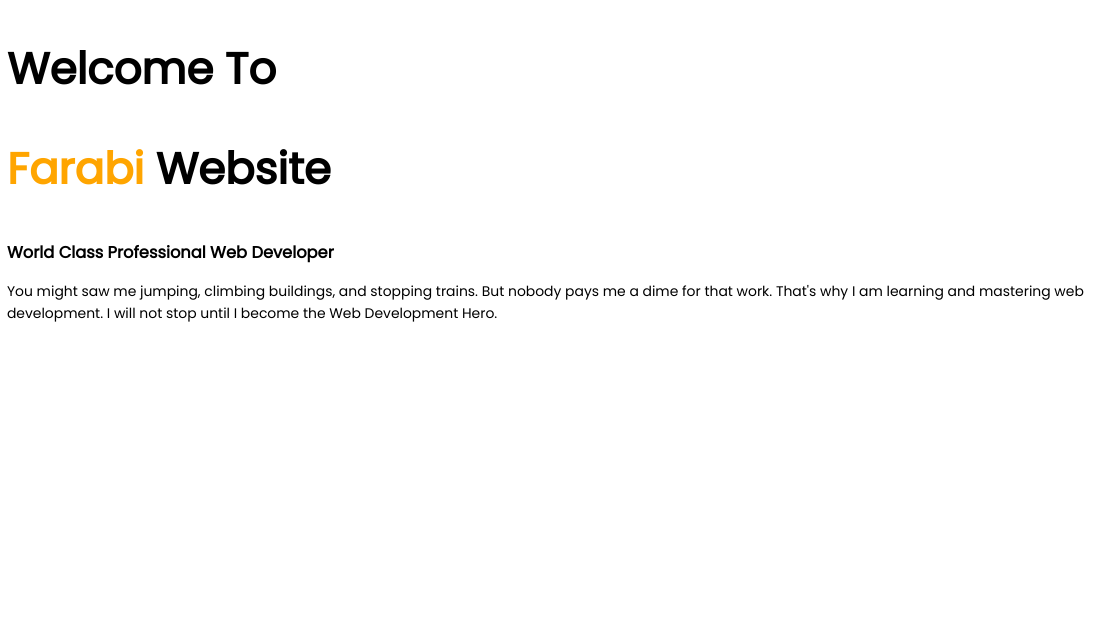
Repository: mohsinfarabi/web-portfolio
Page: index.html
An editor plug-in stored every save of this project. The page is shown before and after the next save, followed by the edit.
The browser window is 1280 px wide. The pictures show the whole page, at 87% of full size.

Above is the page before, as saved 2020-06-30 22:36:46.

### index.html
<!DOCTYPE html>
<html lang="en">

<head>
    <meta charset="UTF-8">
    <meta name="viewport" content="width=device-width, initial-scale=1.0">
    <link href="https://fonts.googleapis.com/css2?family=Poppins" rel="stylesheet">
    <title>Farabi Web Developer</title>
    <link rel="stylesheet" href="style.css">
</head>

<body>
    <section>
        <h1>Welcome To</h1>
        <h1><span class="name-highlight">Farabi</span> Website</h1>
        <h3>World Class Professional Web Developer</h3>
        <p>You might saw me jumping, climbing buildings, and stopping trains. But nobody pays me a dime for that work. That's why I am learning and mastering web development. I will not stop until I become the Web Development Hero.</p>
    </section>
</body>

</html>

### style.css
body {
    font-family: 'Poppins', sans-serif;
}

h1 {
    font-size: 50px;
}

.name-highlight {
    color: orange;
}

After the next save:
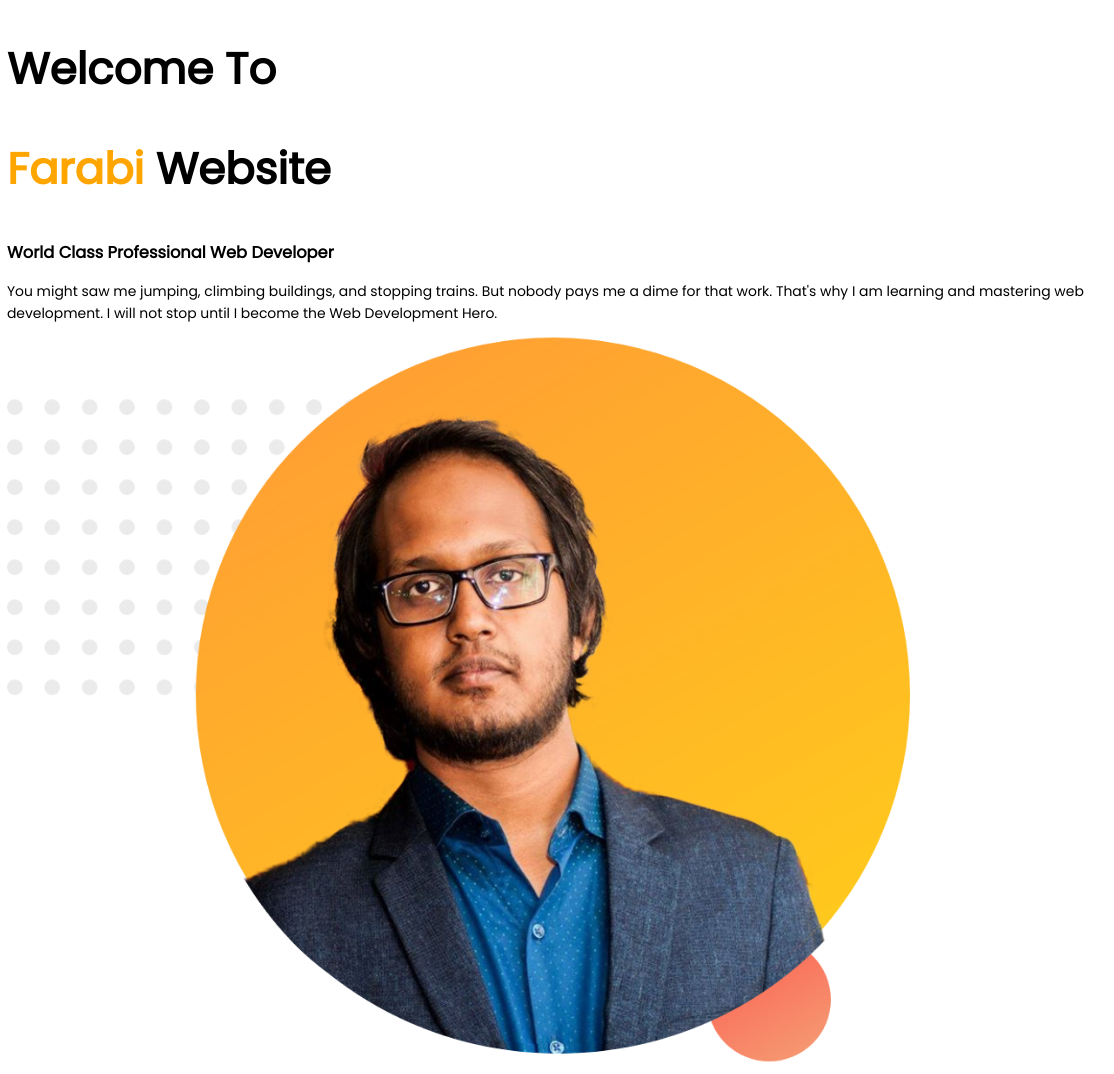
Saved 61 s later.
--- a/index.html
+++ b/index.html
@@ -15,6 +15,7 @@
         <h1><span class="name-highlight">Farabi</span> Website</h1>
         <h3>World Class Professional Web Developer</h3>
         <p>You might saw me jumping, climbing buildings, and stopping trains. But nobody pays me a dime for that work. That's why I am learning and mastering web development. I will not stop until I become the Web Development Hero.</p>
+        <img src="images/profile1.png" alt="">
     </section>
 </body>
 
